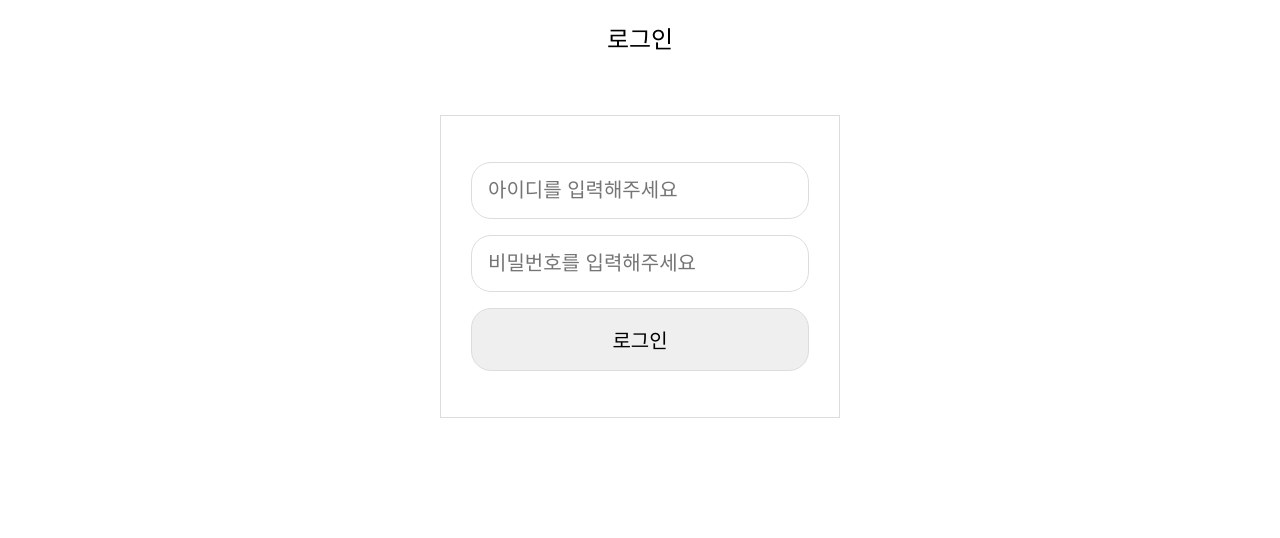
Repository: inhoo123/backup
Page: http://localhost/community-inside/login
An editor plug-in stored every save of this project. The page is shown before and after the next save, followed by the edit.
The browser window is 1280 px wide. The pictures show the whole page.
Some web fonts or font styles are not loaded; a fallback is used. The page is served by Tomcat 10. Other server files are loaded and not shown.

Above is the page before, as saved 2024-06-27 04:08:48.

### web-workspace/community-inside/src/main/webapp/WEB-INF/view/login.jsp
<%@ page language="java" contentType="text/html; charset=UTF-8"
    pageEncoding="UTF-8"%>
   <%@ page trimDirectiveWhitespaces="true"%>
<%@ taglib prefix="c" uri="http://java.sun.com/jsp/jstl/core"%>
<!DOCTYPE html>
<html>
<head>
<meta charset="UTF-8">
<title>인사이드 로그인</title>
<link rel="stylesheet"
	href="${pageContext.servletContext.contextPath }/css/style.css?<%=System.currentTimeMillis() %>" />
</head>
<body>
	<div style="width: 840px; margin: 0 auto;">
	<div style="text-align: center">
	<h2>로그인</h2>
	</div>
<div
			style="width: 400px; margin: 60px auto; border: 1px solid #ddd; padding: 30px;">
			<form
				action="${pageContext.servletContext.contextPath }/login-handle" method="post">
				<p>
					<input type="text" class="login-input" placeholder="아이디를 입력해주세요" name="id"/>
				</p>
				<p>
					<input type="password" class="login-input"
						placeholder="비밀번호를 입력해주세요" name="password"/>
				</p>
				<p>
					<button type="submit" class="login-input">로그인</button>
				</p>
			</form>
		</div>

	</div>
</body>
</html>

### web-workspace/community-inside/src/main/java/controller/LoginController.java
package controller;

import java.io.IOException;


import jakarta.servlet.ServletException;
import jakarta.servlet.annotation.WebServlet;
import jakarta.servlet.http.HttpServlet;
import jakarta.servlet.http.HttpServletRequest;
import jakarta.servlet.http.HttpServletResponse;

@WebServlet("/login")
public class LoginController extends HttpServlet {
	@Override
	protected void service(HttpServletRequest request, HttpServletResponse response)
			throws ServletException, IOException {

		request.getRequestDispatcher("/WEB-INF/view/login.jsp").forward(request, response);
	}
}

### web-workspace/community-inside/src/main/webapp/css/style.css
@charset "UTF-8";

@import
	url('https://fonts.googleapis.com/css2?family=Nanum+Gothic&display=swap');

* {
	font-family: "Nanum Gothic", sans-serif;
  font-weight: 400;
  font-style: normal;
  box-sizing: border-box;
}

h1, h2, h3, h4, h5, h6 {
	font-weight: lighter;
}

.gnb_bar2 {
    position: relative;
    min-width: 1050px;
    background-color: #3b4890;
    border: 1px solid #3b4890;
    border-width: 1px 0 1px 0;
    padding: 10px;
}

.top{
	padding-top:100px;

}

.aa{
    font-size: 12px;
    font-family: -apple-system,BlinkMacSystemFont,"Apple SD Gothic Neo","Malgun Gothic","맑은 고딕",arial,Dotum,돋움,sans-serif;
    margin: 0;
    padding: 0;
    vertical-align: baseline;
    background: transparent;
    font-style: normal;
    position: relative;
    min-width: 1050px;
    background-color: #3b4890;
    border: 1px solid #3b4890;
    border-width: 1px 0 1px 0;
}
.gnb_bar {
    position: relative;
    min-width: 1050px;
    background-color: #3b4890;
    border: 1px solid #3b4890;
    border-width: 1px 0 1px 0;
    padding: 10px;
}

center{
	margin: 0 auto;

}


.search{
	height: 30px;
	width: 400px;
	border: 4px solid #3b4890;
	background: #ffffff;
}



.dc_logo {
    overflow: hidden;
    position: absolute;
    top: 20px;
    left: -43px;
    text-align: center;
}
.dchead {
    position: relative;
    width: 1000px;
    height: 120px;
    margin: 0 auto;
}

body {
	min-width: 960px;
}

.no-deco-link {
	color: #444;
	text-decoration: none;
}

.fs-small {
	font-size: 0.8rem;
}

.fs-large {
	font-size: 1.2rem;
}

.srch-bar {
	padding: 12px;
	border-radius: 12px;
	font-size: 1.1rem;
	width: 480px;
}

.login-input {
	padding: 16px;
	border: 1px solid #ddd;
	width: 100%;
	box-sizing: border-box;
	font-size: 1.25rem;
	border-radius: 20px;
}

/* table css ======================================== */
.default-table {
	border-collapse: collapse;
	width: 100%;
	margin-top:10px;
}
.border-bottom {
	border-bottom: 1px solid #ddd;
}
.default-table td, .default-table th {
	padding : 4px;
}
.text-center {
	text-align: center;
}



a {
	text-decoration: none;
}

input:focus {
	outline: none;
}

textare:focus, textarea:active {
	outline: none;
}

button:hover {
	background-color: #ddd;
	cursor: pointer;
}

button:active {
	background-color: #ccc;
	cursor: pointer;
}

/* 영역 사이즈 클래스 */
.container {
	width: 1140px;
	margin: auto;
}
.container2 {
	width: 1500px;
	margin: auto;
}

.wrap-md {
	width: 720px;
	margin: auto;
}

.wrap-sm {
	width: 540px;
	margin: auto;
}

.wrap-x-sm {
	width: 360px;
	margin: auto;
}

.d-flex {
	display: flex;
}

.space-between {
	justify-content: space-between;
}

/* 컴포넌트 너비 클래스 */
.w-50 {
	width: 50%;
}

.w-100 {
	width: 100%;
}
/* 컴포넌트 테두리 클래스 */
.border {
	border: 1px solid #999;
}

.border-rounded {
	border: 1px solid #999;
	border-radius: 4px;
}

/* 글씨 정렬 클래스 */
.text-left {
	text-align: left;
}

.text-center {
	text-align: center;
}

.text-right {
	text-align: right;
}

/* 글씨 색상 클래스 */
.warning {
	color: orangered;
}

.info {
	color: limegreen;
}


/* 뱃지 클래스 */
.badge-info {
	background-color:  limegreen;
	color: white;
	padding : 4px 8px;
	border-radius: 4px;
}
.badge-warning {
	background-color:  orangered;
	color: white;
	padding : 4px 8px;
	border-radius: 4px;
}
.badge-dark {
	background-color:  #333333;
	color: white;
	padding : 4px 8px;
	border-radius: 4px;
}


.fs-1 {
	font-size: 2rem;
}

.fs-2 {
	font-size: 1.5rem;
}

.fs-3 {
	font-size: 1.17rem;
}

.fs-4 {
	font-size: 1.0rem;
}

.fs-5 {
	font-size: 0.8rem;
}

.fs-6 {
	font-size: 0.65rem;
}
/* 글씨 색상 */

/* 기본 패딩 클래스 */
.p-1 {
	padding: 4px;
}

.p-2 {
	padding: 8px;
}

.p-3 {
	padding: 12px;
}

.p-4 {
	padding: 16px;
}

.p-5 {
	padding: 20px;
}

.px-1 {
	padding-left: 4px;
	padding-right: 4px;
}

.px-2 {
	padding-left: 8px;
	padding-right: 8px;
}

.px-3 {
	padding-left: 12px;
	padding-right: 12px;
}

.px-4 {
	padding-left: 16px;
	padding-right: 16px;
}

.px-5 {
	padding-left: 20px;
	padding-right: 20px;
}

/* 기본 마진 클래스 */
.mx-1 {
	margin: auto 4px;
}

.mx-2 {
	margin: auto 8px;
}

.mx-3 {
	margin: auto 12px;
}

.mx-4 {
	margin: auto 16px;
}

.mx-5 {
	margin: auto 20px;
}

.my-1 {
	margin: 4px auto;
}

.my-2 {
	margin: 8px auto;
}

.my-3 {
	margin: 12px auto;
}

.my-4 {
	margin: 16px auto;
}

.my-5 {
	margin: 20px auto;
}
/*
.item {
	box-shadow: 1px 2px 4px 1px #888888;
}
*/
.item:hover {
	background-color: #eee;
}

a {
	text-decoration: none;
	color: black;
}
.search {
  position: relative;
  width: 300px;
}

h1, h2, h3, h4, h5, h6 {
	font-weight: lighter;
}

body {
	min-width: 960px;
}

.no-deco-link {
	color: #444;
	text-decoration: none;
}

.fs-small {
	font-size: 0.8rem;
}

.fs-large {
	font-size: 1.2rem;
}

.srch-bar {
	padding: 12px;
	border-radius: 12px;
	font-size: 1.1rem;
	width: 480px;
}

.login-input {
	padding: 16px;
	border: 1px solid #ddd;
	width: 100%;
	box-sizing: border-box;
	font-size: 1.25rem;

}

.login-input2 {
	padding: 16px;
	border: 1px solid #ddd;
	background-color: #3b4890;
	width: 100%;
	box-sizing: border-box;
	font-size: 1.25rem;
	color:white;
}


/* table css ======================================== */
.default-table {
	border-collapse: collapse;
	width: 100%;
	margin-top:10px;
}
.border-bottom {
	border-bottom: 1px solid #ddd;
}
.default-table td, .default-table th {
	padding : 4px;
}
.text-center {
	text-align: center;
}

After the next save:
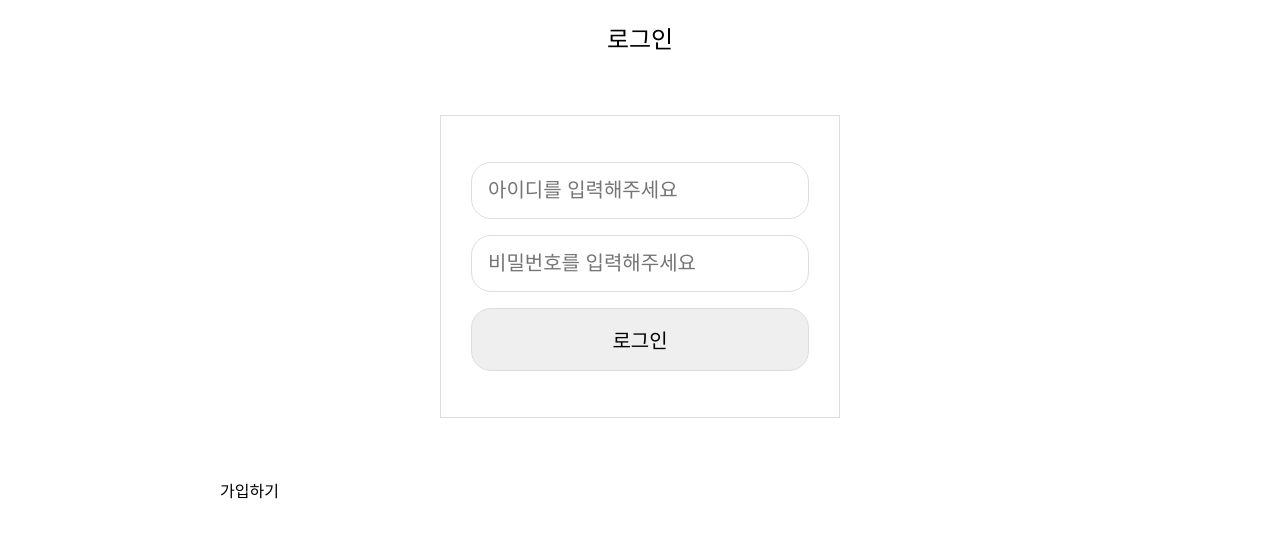
Saved 75 s later.
--- a/web-workspace/community-inside/src/main/webapp/WEB-INF/view/login.jsp
+++ b/web-workspace/community-inside/src/main/webapp/WEB-INF/view/login.jsp
@@ -31,7 +31,7 @@
 				</p>
 			</form>
 		</div>
-
+		<p>가입하기</p>
 	</div>
 </body>
 </html>
